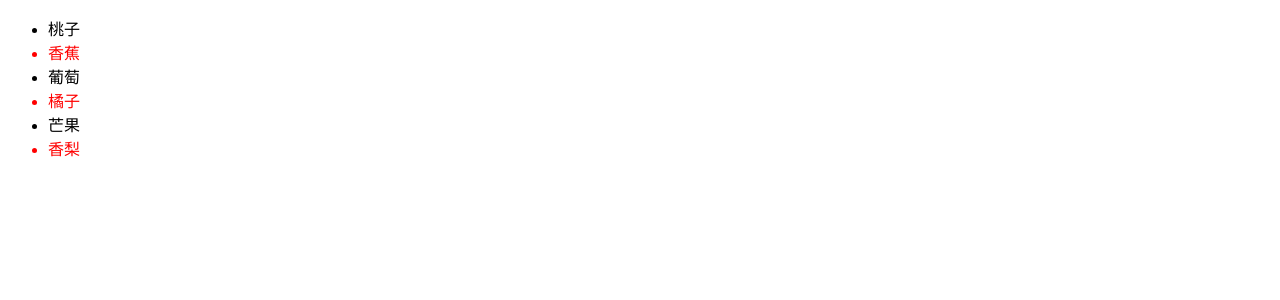
Repository: yanran12345/02-common-knowledge
Page: 02 css样式/01 sass样式.html
These files come from the project's save history. The page is drawn as it stood at one moment and after the next save; the edit follows.
The browser window is 1280 px wide. The pictures show the whole page.

Above is the page before, as saved 2021-06-25 15:04:36.

After the next save:
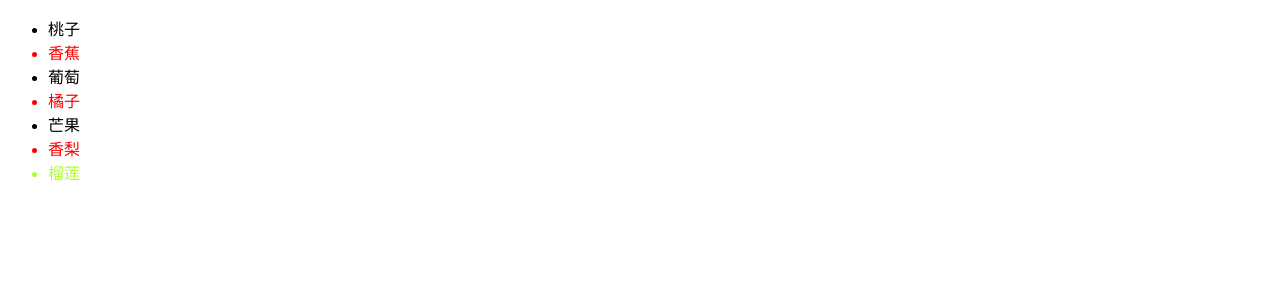
Saved 13 min 15 s later.
--- a/02 css样式/01 sass样式.html
+++ b/02 css样式/01 sass样式.html
@@ -7,8 +7,12 @@
   <title>Document</title>
 </head>
 <style>
+  /* n从0开始 偶数2n 奇数2n-1 开始3个 -n+3 */
   .item:nth-child(2n) {
     color: red;
+  }
+  .item:last-child {
+    color: greenyellow;
   }
 </style>
 <body>
@@ -20,6 +24,7 @@
       <li class="item">橘子</li>
       <li class="item">芒果</li>
       <li class="item">香梨</li>
+      <li class="item">榴莲</li>
     </ul>
   </div>
 </body>
